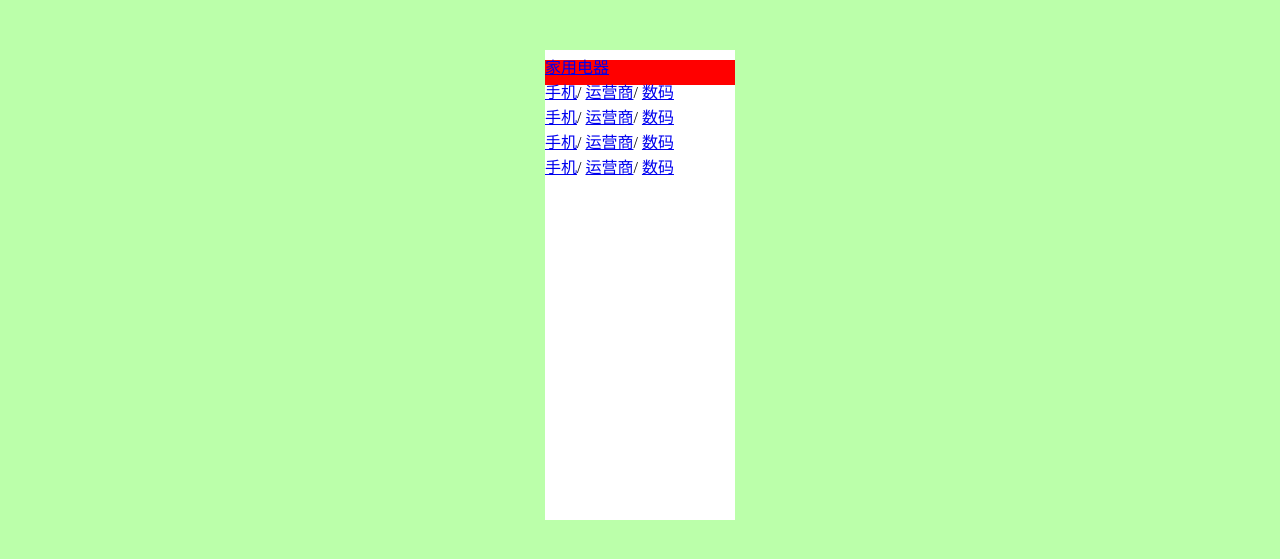
Repository: Romic77/css-test
Page: exercise/02_京东左侧导航条.html
These files come from the project's save history. The page is drawn as it stood at one moment and after the next save; the edit follows.
The browser window is 1280 px wide. The pictures show the whole page.
The pointer rests on the first visible `.left-nav .item`.

Above is the page before, as saved 2022-09-03 13:50:29.

After the next save:
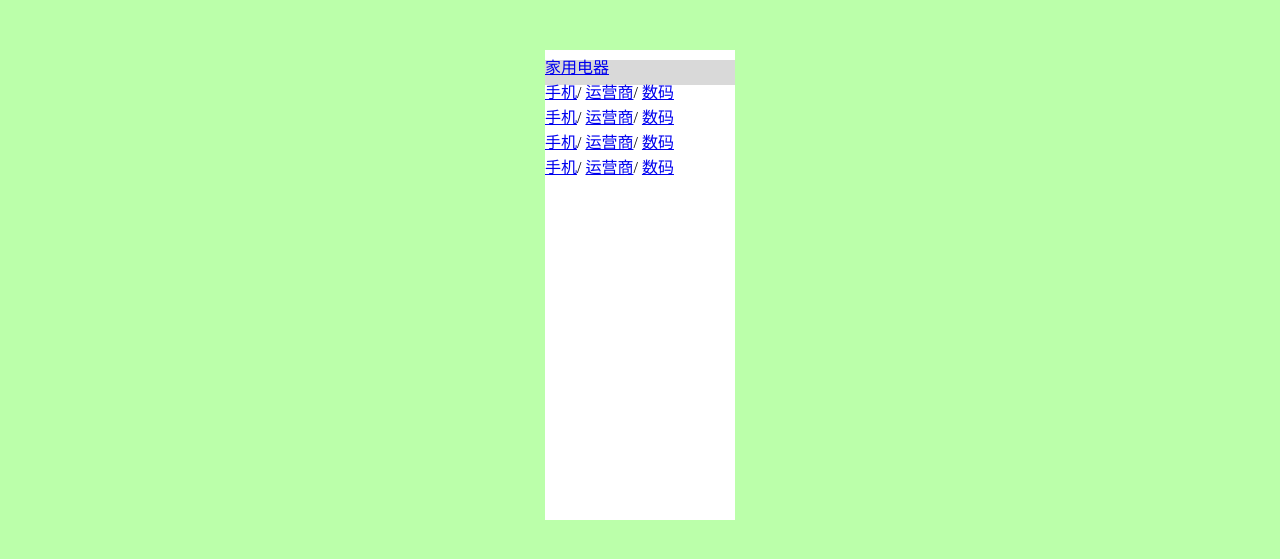
Saved 26 s later.
--- a/exercise/02_京东左侧导航条.html
+++ b/exercise/02_京东左侧导航条.html
@@ -25,7 +25,7 @@
         }
 
         .left-nav .item:hover {
-            background-color: red;
+            background-color: #d9d9d9;
         }
     </style>
 </head>
